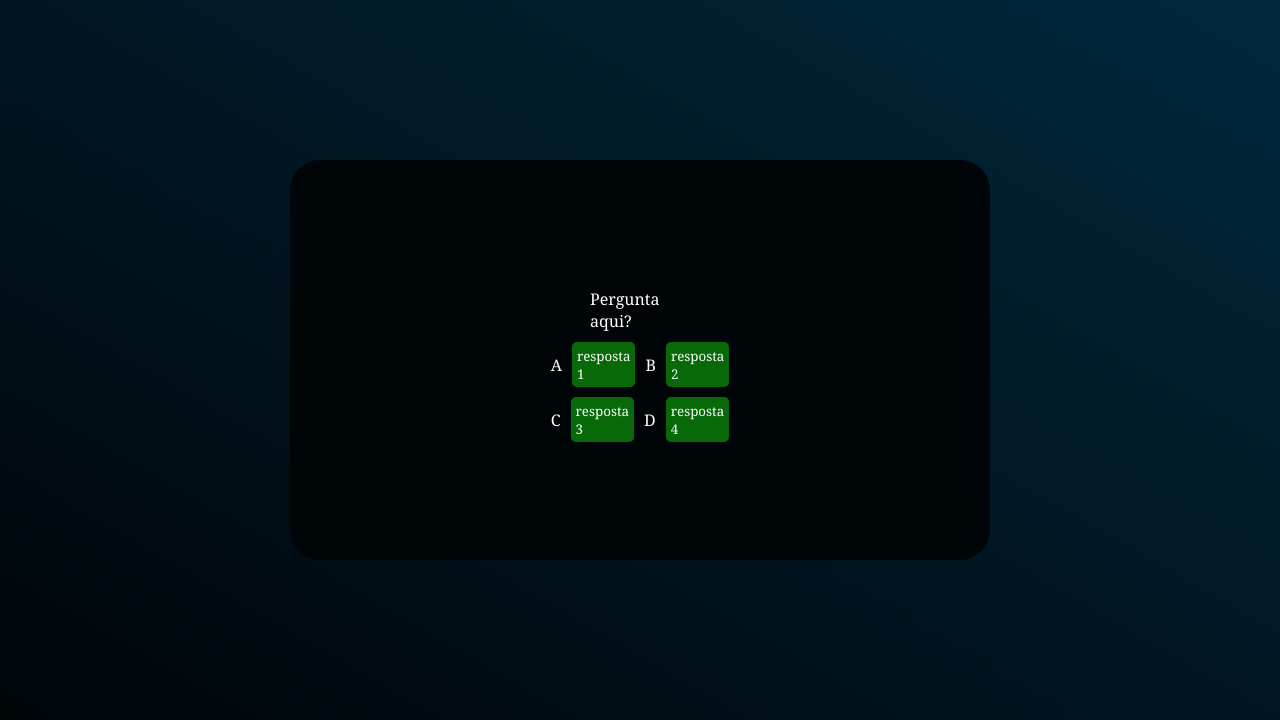
Repository: LaisSilvaO/Projeto-Quizz
Page: telas/index.html
The author's editor kept a copy of each file at every save. The page is drawn from the files as they stood at one save, then again after the next save.
The browser window is 1280 px wide. The pictures show the whole page.

Above is the page before, as saved 2024-12-26 11:00:13.

After the next save:
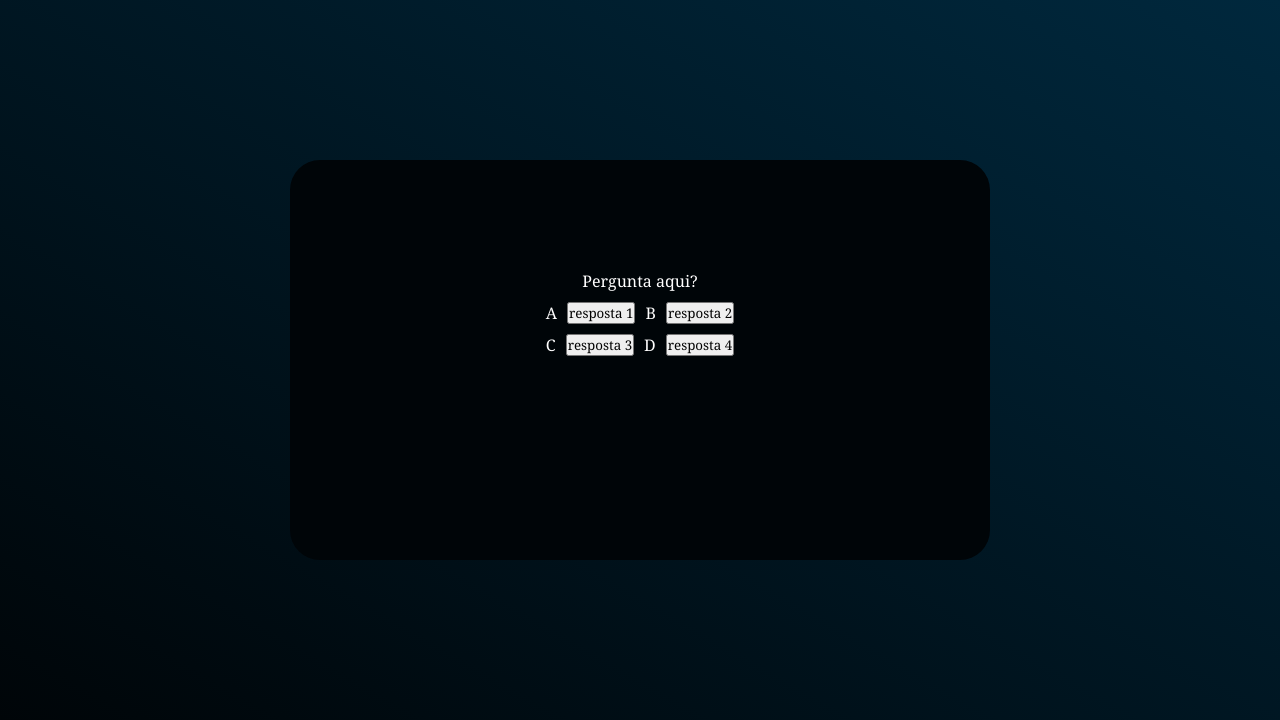
Saved 7 min 15 s later.
--- a/img/tela.css
+++ b/img/tela.css
@@ -26,7 +26,7 @@ main {
   align-items: center;
 }
 
-.box1{
+.box1 {
   position: relative;
   width: 700px;
   height: 410px;
@@ -39,6 +39,7 @@ main {
   overflow: hidden;
 
 }
+
 .box2 {
   position: relative;
   width: 700px;
@@ -62,66 +63,89 @@ main {
   width: 100%;
   height: 100%;
   border-radius: 30px;
-  border: 0px solid transparent; /* Espessura da borda aumentada */
+  border: 0px solid transparent;
+  /* Espessura da borda aumentada */
   background-image: linear-gradient(to bottom, #157815, #93b608);
-  background-size: 400%; /* Aumenta o tamanho da animação da borda */
-  animation: borderAnimation 6s linear  infinite ;
-  z-index: -1; /* Garante que a borda fique atrás do conteúdo */
+  background-size: 400%;
+  /* Aumenta o tamanho da animação da borda */
+  animation: borderAnimation 6s linear infinite;
+  z-index: -1;
+  /* Garante que a borda fique atrás do conteúdo */
 }
 
 @keyframes borderAnimation {
   0% {
     top: 0px;
     left: 0px;
-}
-25% {
+  }
+
+  25% {
     top: 0px;
-    left: 700px; /* Canto superior direito */
-}
-50% {
+    left: 700px;
+    /* Canto superior direito */
+  }
+
+  50% {
     top: 0px;
-    left: 0px; /* Canto inferior direito */
-}
-75% {
+    left: 0px;
+    /* Canto inferior direito */
+  }
+
+  75% {
     top: 700px;
-    left: 0px; /* Canto inferior esquerdo */
-}
-100% {
+    left: 0px;
+    /* Canto inferior esquerdo */
+  }
+
+  100% {
     top: 700px;
-    left: 0px;  /* Retorna ao canto superior esquerdo */
-}
+    left: 0px;
+    /* Retorna ao canto superior esquerdo */
+  }
 }
 
-h2{
+h2 {
   padding: 10px;
-  display: flex;           /* Ativa o modelo de layout flex */
-  justify-content: center; /* Centraliza horizontalmente */
-  align-items: center;     /* Centraliza verticalmente */
-  text-align: center;      /* Centraliza as linhas de texto */
+  display: flex;
+  /* Ativa o modelo de layout flex */
+  justify-content: center;
+  /* Centraliza horizontalmente */
+  align-items: center;
+  /* Centraliza verticalmente */
+  text-align: center;
+  /* Centraliza as linhas de texto */
   height: 40%;
 }
-h4{
+
+h4 {
   padding: 10px;
 }
 
 .content {
   display: flex;
+  gap: 10px;
   flex-direction: column;
-  width: 100px;
-  gap:10px;
+  width: 700px;
+  height: 200px;
+  align-items: center;
 }
-.qtddquestao{
+
+.qtddquestao {
   text-align: end;
 }
-.resposta{
+
+.resposta {
   display: flex;
-  gap:10px;
+  gap: 10px;
   justify-content: center;
   align-items: center;
 }
 
+width: 100px;
+height: 50px;
 
-button{
+
+button {
   width: 90px;
   height: 45px;
   text-align: start;
@@ -133,12 +157,13 @@ button{
   color: white;
 }
 
-.final{
+.final {
   display: none;
   flex-direction: column;
   gap: 10px;
 
 }
-.final button{
+
+.final button {
   text-align: center;
 }
